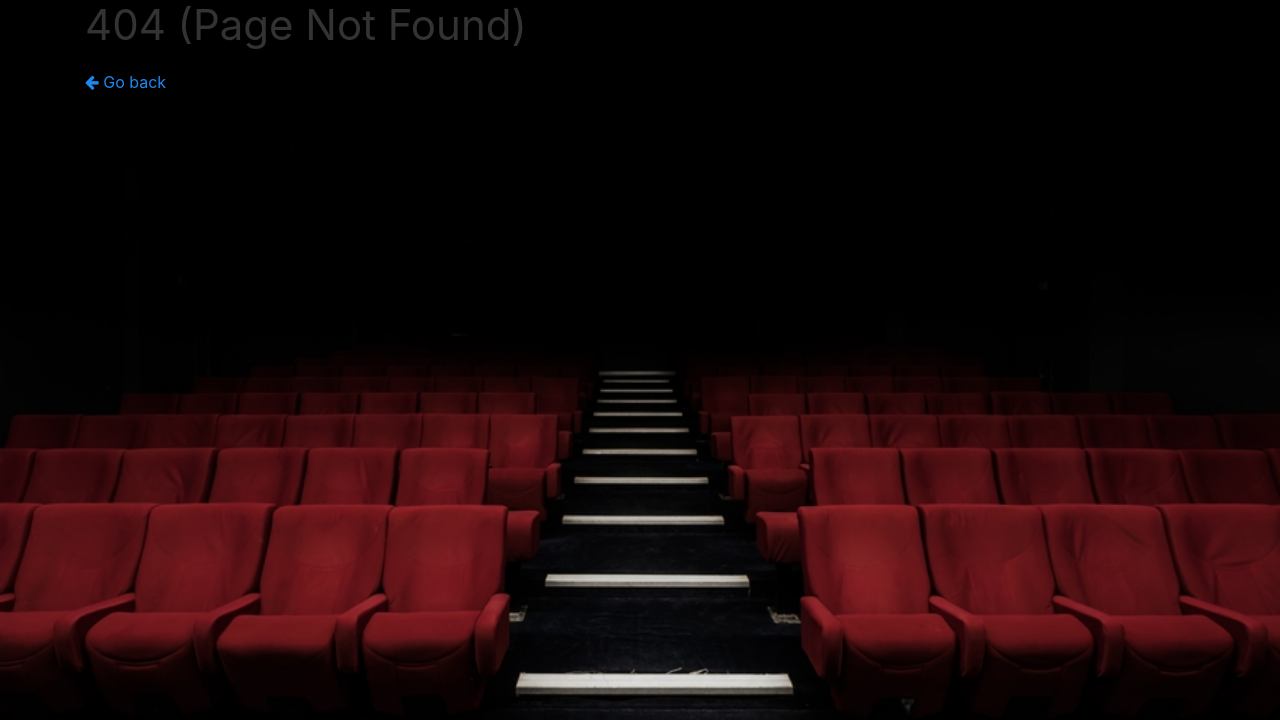
Repository: latenightsnacc/movie-db-app
Page: error.html
These files come from the project's save history. The page is drawn as it stood at one moment and after the next save; the edit follows.
The browser window is 1280 px wide. The pictures show the whole page.
The style sheet was rebuilt from its Sass, Less or Tailwind sources for each picture, by a compiler version that may differ from the author's.

Above is the page before, as saved 2020-06-19 10:32:38.

After the next save:
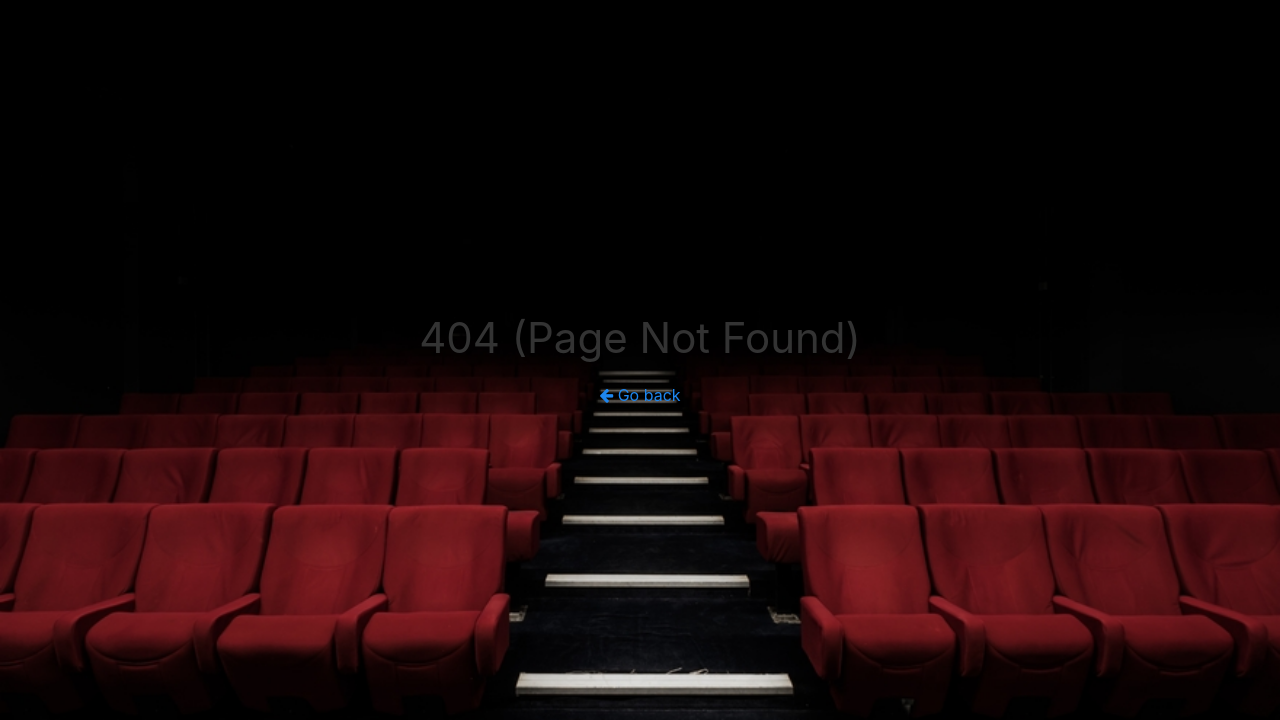
Saved 52 s later.
--- a/Stylesheet/Error404.scss
+++ b/Stylesheet/Error404.scss
@@ -1,5 +1,12 @@
 @import 'variables';
 
+.error404 {
+    display: flex;
+    flex-direction: column;
+    height: 100vh;
+    align-items: center;
+    justify-content: center;
+}
 .goBack {
     &:hover {
         text-decoration: none;
